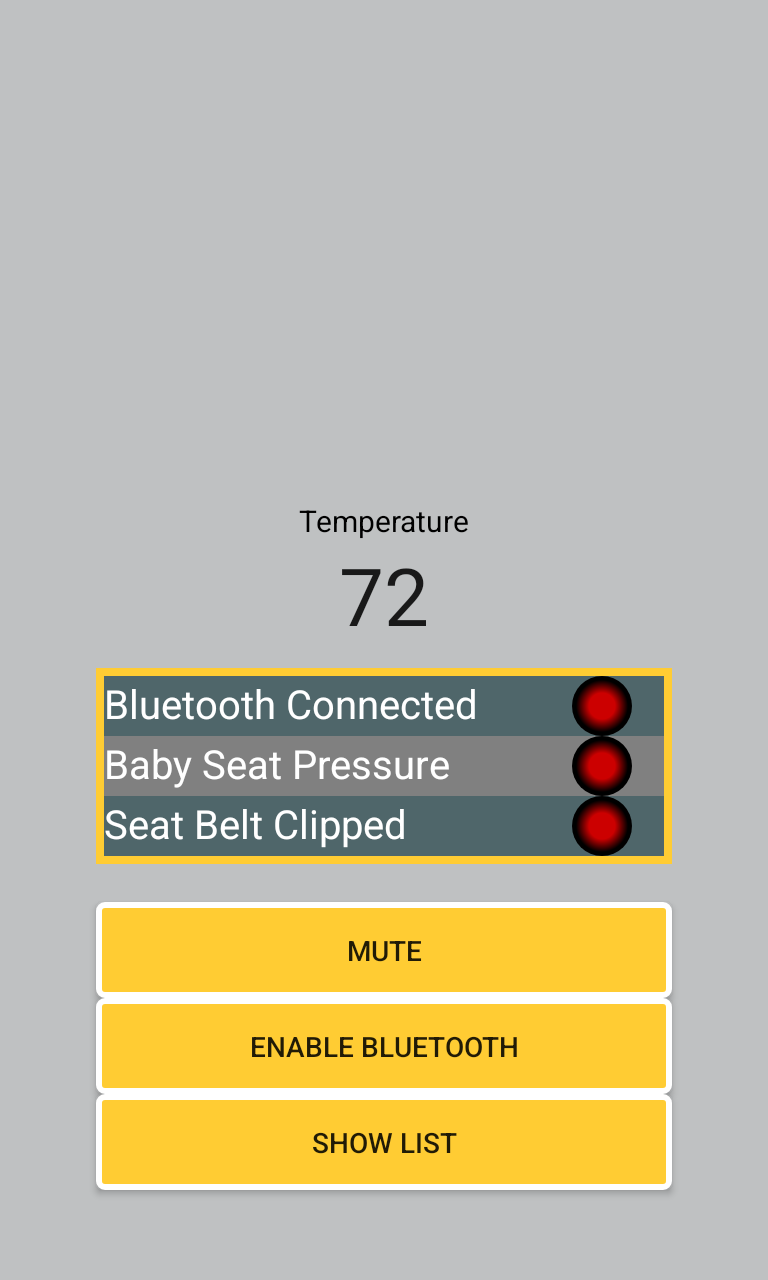
Repository: kqbright/Senior_Design2_Baby_Saver_Android_App
Layout: AppWorkspace/BabyCarTest/res/layout/activity_main.xml
These files come from the project's save history. The layout is drawn as it stood at one moment and after the next save; the edit follows.
It is drawn on a 768 x 1280 px phone screen (xhdpi) without system bars, with theme AppTheme; the app's code is not run.

Above is the layout before, as saved 2014-12-01 03:03:26.

After the next save:
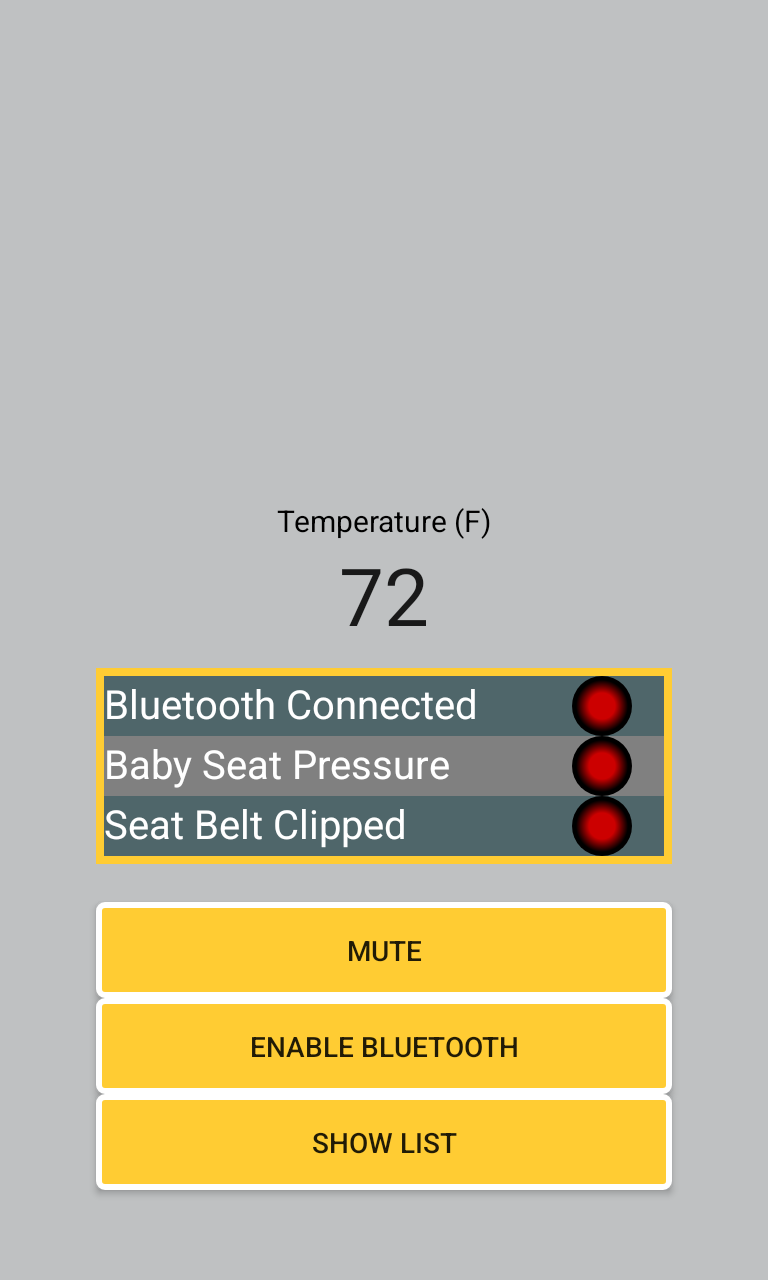
Saved 36 s later.
--- a/AppWorkspace/BabyCarTest/res/values/strings.xml
+++ b/AppWorkspace/BabyCarTest/res/values/strings.xml
@@ -12,7 +12,7 @@
     <string name="mute">MUTE</string>
     <string name="pressure_applied">Baby Seat Pressure</string>
     <string name="seat_belt">Seat Belt Clipped</string>
-    <string name="temp_lbl">Temperature</string>
+    <string name="temp_lbl">Temperature (F)</string>
     <string name="temp">72</string>
     <string name="red_circle">Red Circle</string>
     <string name="no_baby">No Child Detected</string>
